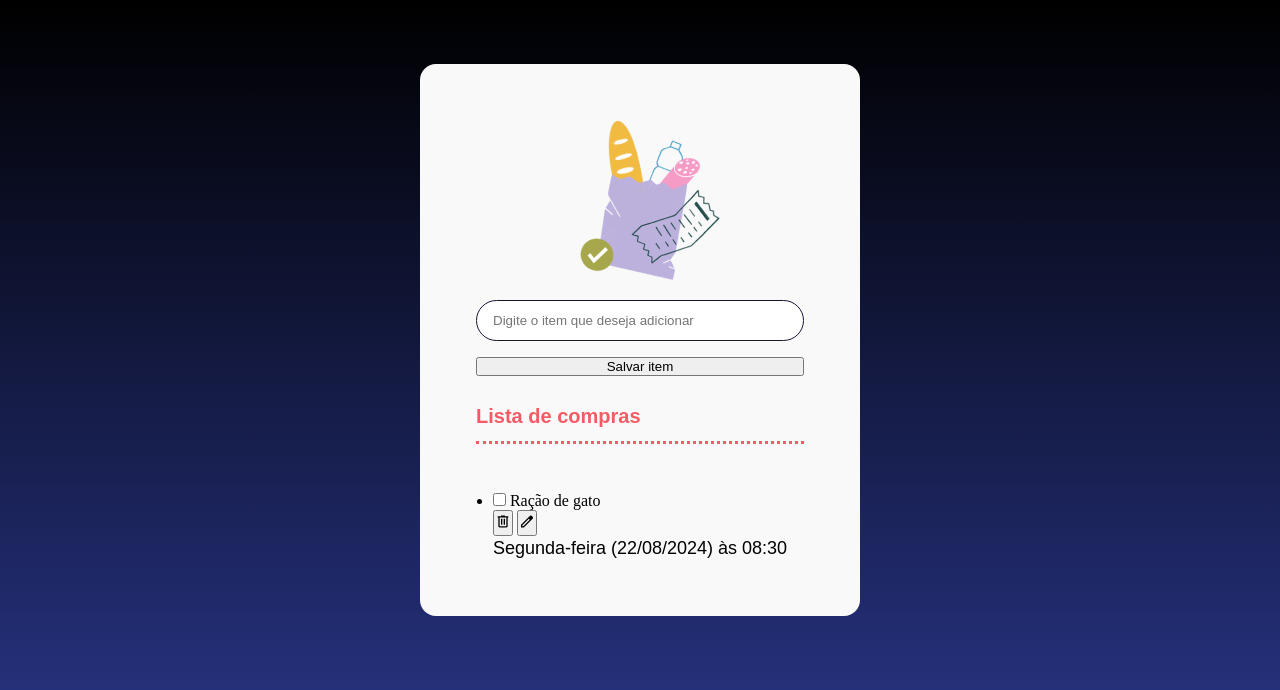
Repository: joaoPraiaJunior/compras_js
Page: index.html
These files come from the project's save history. The page is drawn as it stood at one moment and after the next save; the edit follows.
The browser window is 1280 px wide. The pictures show the whole page.
Some web fonts or font styles are not loaded; a fallback is used.

Above is the page before, as saved 2024-08-22 21:02:18.

### index.html
<!DOCTYPE html>
<html lang="pt-BR" dir="ltr">

<head>
    <meta charset="UTF-8">
    <meta name="viewport" content="width=device-width, initial-scale=1.0">
    <meta name="description" content="Lista de compras">
    <title>Lista de Compras</title>
    <link rel="preconnect" href="https://fonts.googleapis.com">
    <link rel="preconnect" href="https://fonts.gstatic.com" crossorigin>
    <link href="https://fonts.googleapis.com/css2?family=Krona+One&family=Montserrat&family=Numans&display=swap" rel="stylesheet">
    <link rel="stylesheet" href="./css/styles.css">
</head>

<body>
    <header>
        <img src="./img/bag.png" alt="sacola de compras">
    </header>
    <main>
        <form class="busca">
            <input class="busca__campo" type="search" name="busca" placeholder="Digite o item que deseja adicionar">
            <button class="busca__botao">Salvar item</button>
        </form>
        <h1>Lista de compras</h1>
        <hr>

        <ul>
            <li>
                <div>
                    <div>
                        <input type="checkbox" name="produto" id="racao_de_gato">
                        <label for="racao_de_gato">Ração de gato</label>
                    </div>
                    <div>
                        <button><img src="./img/delete.svg" alt="Deletar"></button>
                        <button><img src="./img/edit.svg" alt="Editar"></button>
                    </div>
                </div>
                <p>Segunda-feira (<time datetime="2024-08-22">22/08/2024</time>) às <time>08:30</time></p>
            </li>
        </ul>
    </main>
</body>

</html>

### css/styles.css
* {
    box-sizing: border-box;
    margin: 0;
    padding: 0;
}

html {
    font-size: 62.5%;
}

:root {
    --cor-primaria: #F55B64;
    --cor-secundaria: #C2373F;
    --neutro: #F9F9F9;
    --preto: #131730;
    --fonte-titulo: "Krona One", sans-serif;
    --fonte-texto: 'Numans', sans-serif;
    --degrade-azul: linear-gradient(180deg, #000000 0%, #26327F 100%);
}

body {
    display: flex;
    flex-direction: column;
    align-items: center;
    background: var(--degrade-azul);
    background-repeat: no-repeat;
    font-size: 1.6rem;
    height: 100vh;
}

header {
    text-align: center;
    margin-top: 6.4rem;
    background-color: var(--neutro);
    border-radius: 1.6rem 1.6rem 0 0;
    padding: 5.6rem 5.6rem 1.6rem 5.6rem;
    width: 44.0rem;

}

main {
    display: flex;
    flex-direction: column;
    align-items: center;
    gap: 2.4rem;
    background-color: var(--neutro);
    border-radius: 0 0 1.6rem 1.6rem;
    padding: 0 5.6rem 5.6rem 5.6rem;
    width: 44.0rem;
}

h1 {
    align-self: flex-start;
    font-family: var(--fonte-titulo);
    font-size: 2.0rem;
    color: var(--cor-primaria);
    line-height: 3.3rem;
}

hr {
    border: none;
    border-bottom: .3rem dotted var(--cor-primaria);
    margin-bottom: 2.4rem;
    width: 100%;
}

hr:empty {
    margin-top: calc(1.6rem * -1);
}

p {
    font-family: var(--fonte-texto);
    font-size: 1.8rem;
    font-weight: 400;
    text-align: left;
    line-height: 2.4rem;
}


.busca {
    display: flex;
    flex-direction: column;
    gap: 1.6rem;
    width: 100%;
}

.busca__campo {
    border: .1rem solid var(--preto);
    border-radius: 2.4rem;
    padding: 1.2rem 1.6rem;
}

After the next save:
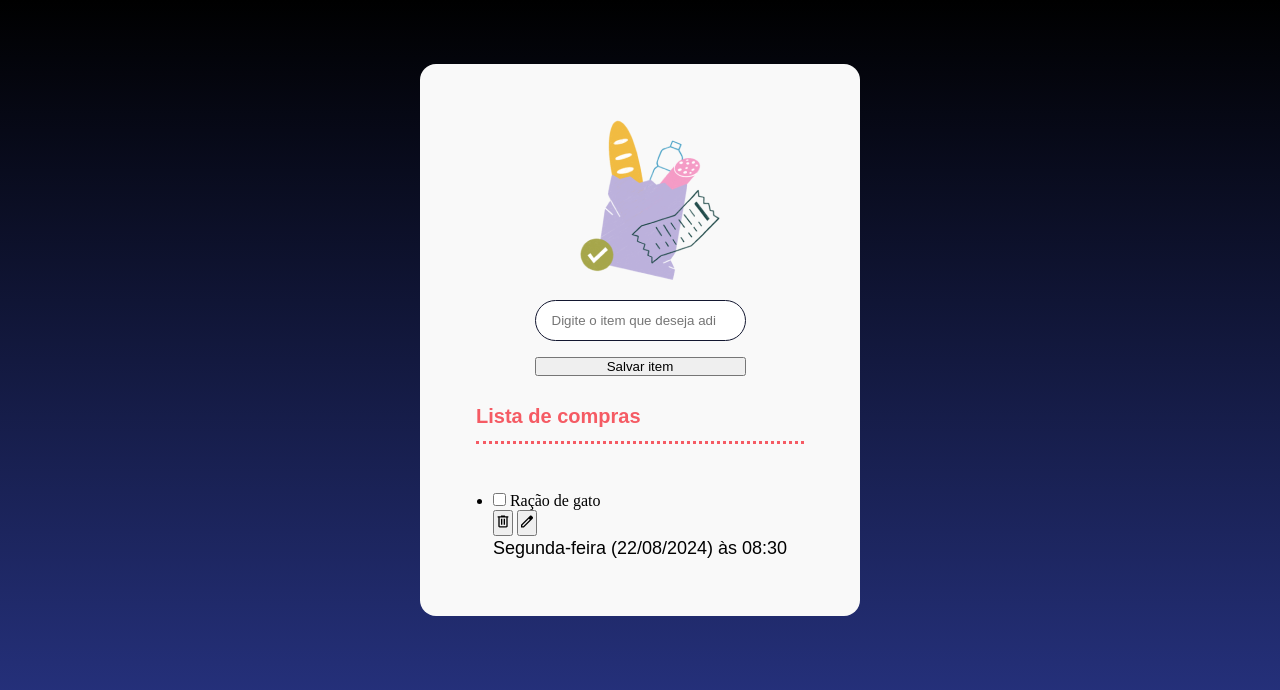
Saved 15 s later.
--- a/css/styles.css
+++ b/css/styles.css
@@ -81,11 +81,11 @@
     display: flex;
     flex-direction: column;
     gap: 1.6rem;
-    width: 100%;
 }
 
 .busca__campo {
     border: .1rem solid var(--preto);
     border-radius: 2.4rem;
     padding: 1.2rem 1.6rem;
+    width: 100%;
 }

After the save that followed:
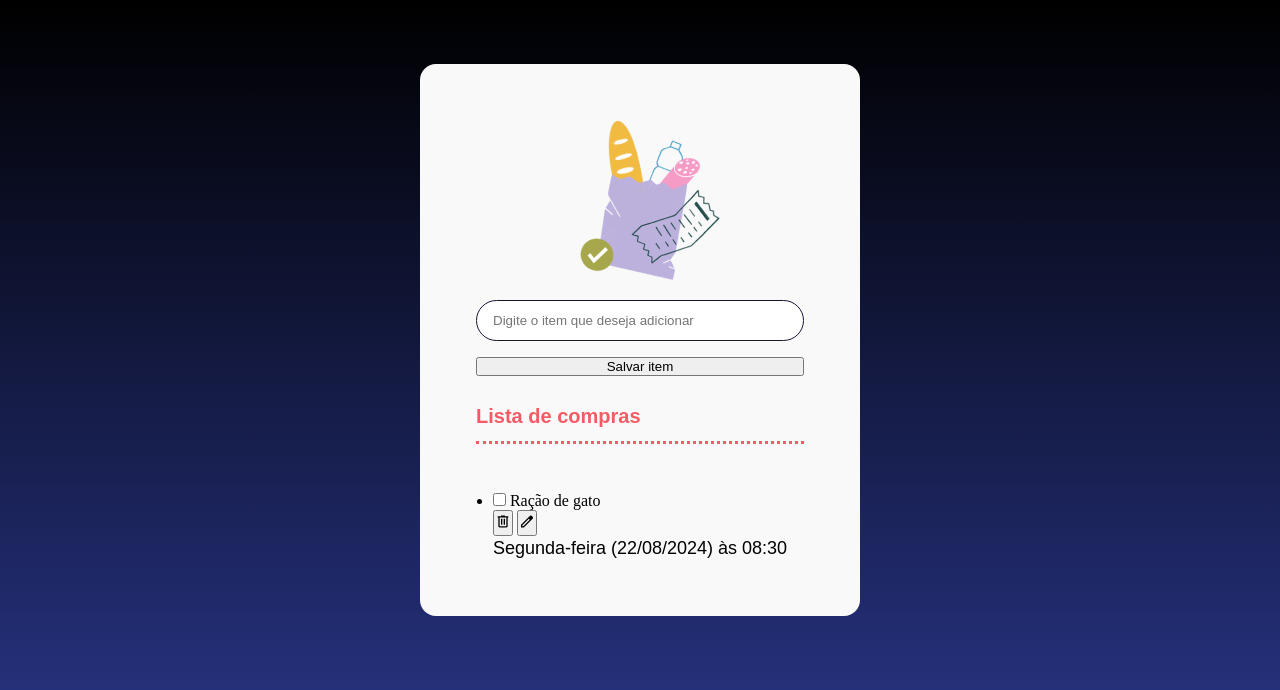
Saved 9 s later.
--- a/css/styles.css
+++ b/css/styles.css
@@ -81,11 +81,11 @@
     display: flex;
     flex-direction: column;
     gap: 1.6rem;
+    width: 100%;
 }
 
 .busca__campo {
     border: .1rem solid var(--preto);
     border-radius: 2.4rem;
     padding: 1.2rem 1.6rem;
-    width: 100%;
 }
